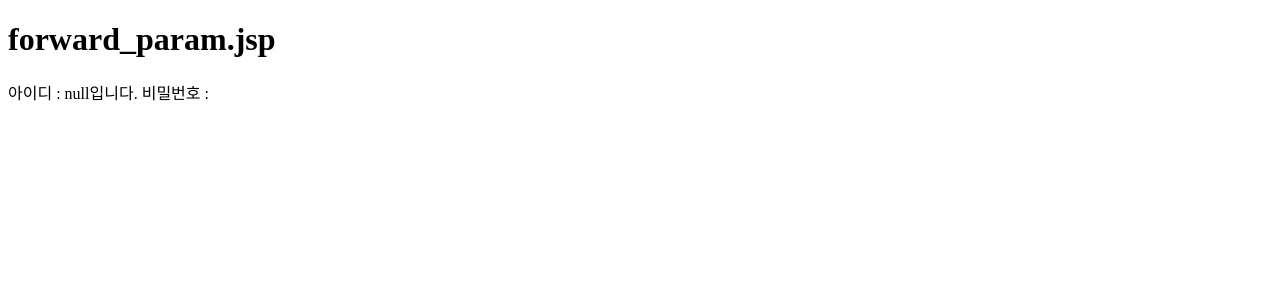
Repository: i-kemen/jsp
Page: http://localhost/WebTest/forward_param.jsp
An editor plug-in stored every save of this project. The page is shown before and after the next save, followed by the edit.
The browser window is 1280 px wide. The pictures show the whole page.
The page is served by Tomcat 10.

Above is the page before, as saved 2023-06-21 04:30:56.

After the next save:
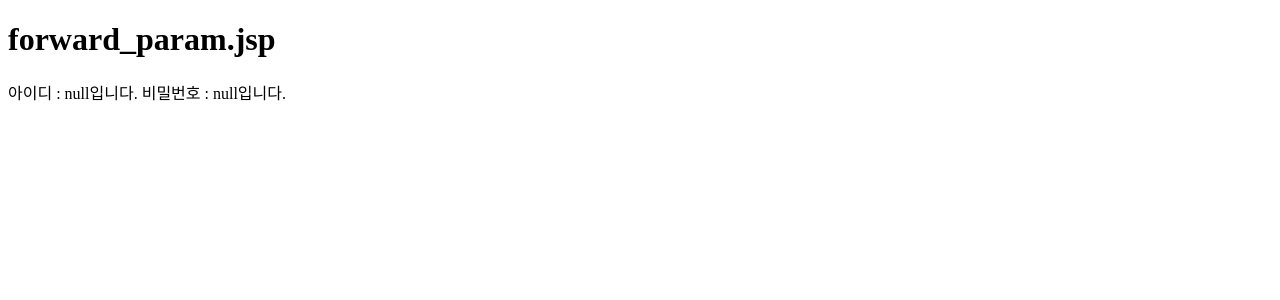
Saved 5 s later.
--- a/WebTest/src/main/webapp/forward_param.jsp
+++ b/WebTest/src/main/webapp/forward_param.jsp
@@ -18,6 +18,6 @@
 
     <h1>forward_param.jsp</h1>
     아이디 : <%= id %>입니다.
-    비밀번호 : <% %>
+    비밀번호 : <%= passwd %>입니다.
 </body>
 </html>
